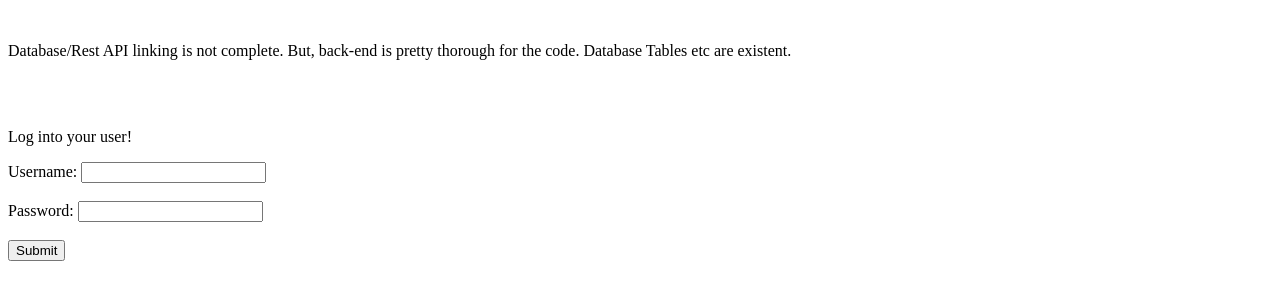
Repository: hcm4990/BankingApplicationRestAPI
Page: gs-serving-web-content-complete/src/main/resources/static/account.html
The author's editor kept a copy of each file at every save. The page is drawn from the files as they stood at one save, then again after the next save.
The browser window is 1280 px wide. The pictures show the whole page.

Above is the page before, as saved 2020-04-06 15:12:22.

After the next save:
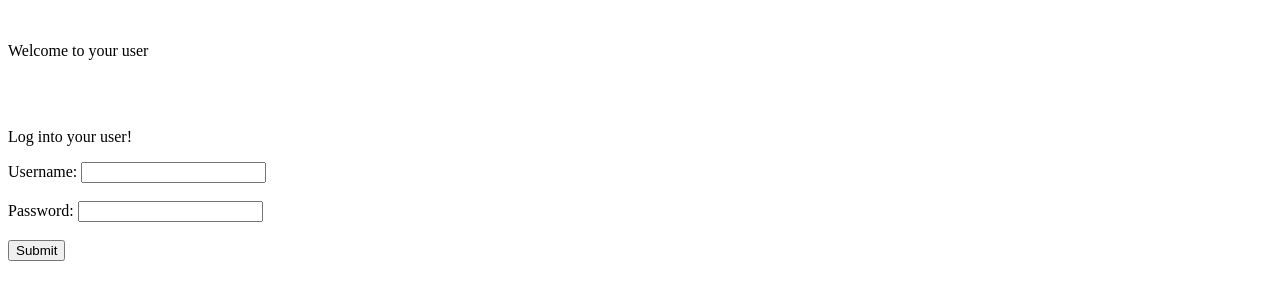
Saved 9 s later.
--- a/gs-serving-web-content-complete/src/main/resources/static/account.html
+++ b/gs-serving-web-content-complete/src/main/resources/static/account.html
@@ -6,7 +6,7 @@
 </head>
 <body>
 	<br>
-	<p>Database/Rest API linking is not complete. But, back-end is pretty thorough for the code. Database Tables etc are existent.</p>
+	<p>Welcome to your user</p>
 	<br>
 	<br>
 	<p><p>Log into your user!</p>
